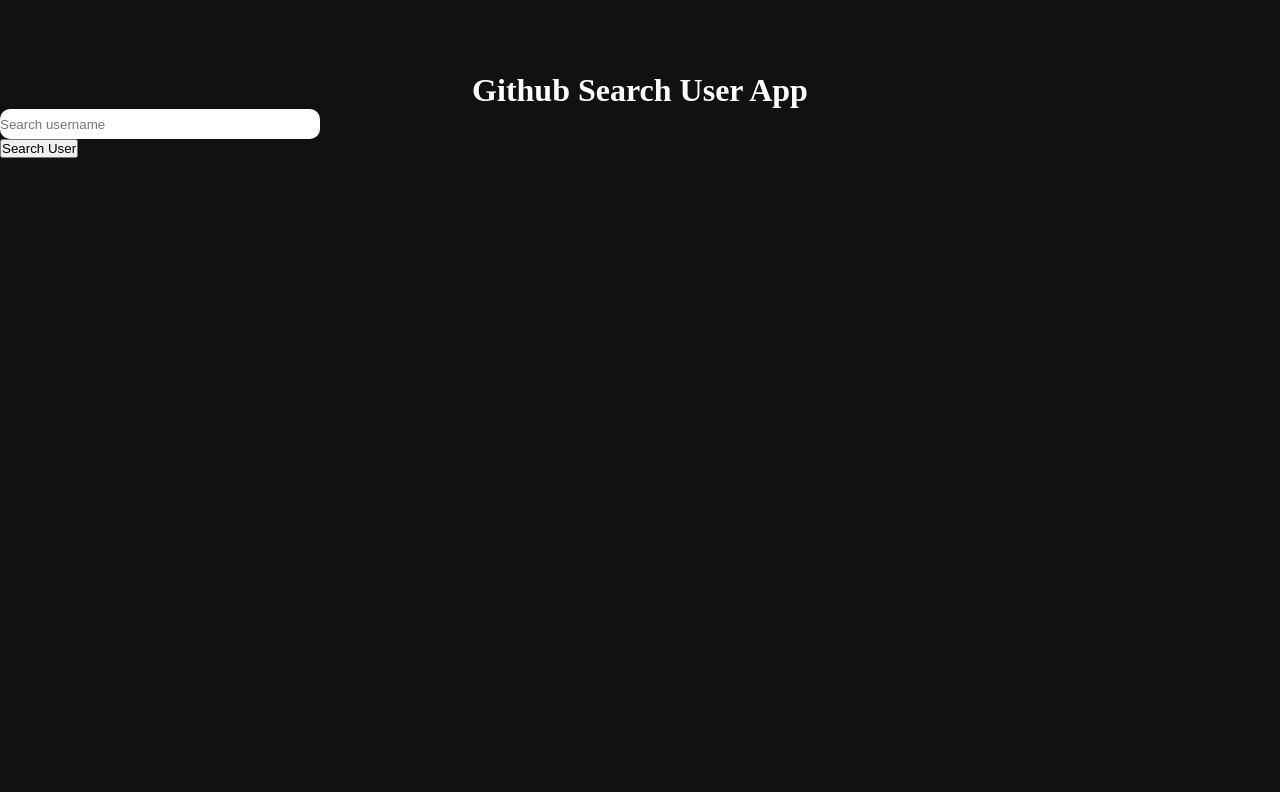
Repository: solox-cyber/Github-search-user
Page: index.html
An editor plug-in stored every save of this project. The page is shown before and after a run of saves, followed by the edit.
The browser window is 1280 px wide. The pictures show the whole page.

Above is the page before, as saved 2023-03-25 18:24:31.

### index.html
<!DOCTYPE html>
<html lang="en">

<head>
    <meta charset="UTF-8">
    <meta http-equiv="X-UA-Compatible" content="IE=edge">
    <meta name="viewport" content="width=device-width, initial-scale=1.0">
    <title>Github Search User Using Github API</title>
    <link rel="stylesheet" href="style.css">
</head>

<body>
    <div class="container">
        <h1>
            Github Search User App
        </h1>
        <form id="myForm" autocomplete="off">
            <div class="form-group">
                <input type="text" name="" class="form-control" placeholder="Search username" id="search" required>
            </div>
            <div class="form-group">
                <button class="btn btn-danger btn-block">
                    Search User
                </button>
            </div>
        </form>

    <div id="result"></div>
    </div>


        <script src="script.js"></script>
</body>

</html>

### style.css
*{
    margin: 0;
    padding: 0;
    box-sizing: border-box;
}

body{
    background-color: #111;
    color: #fff;
}
.container{
    position: absolute;
    display: block;
    height: 100vh;
    width: 100%;
    top:10%;
}

.container h1{
    position: relative;
    text-align: center;
}

.container form{
    position: relative;
    width: 50%;
    justify-content: center;
    align-content: center;
    align-items: center;
}
form .form-group input{
    width: 50%;
    height:30px;
    border-radius: 10px;
    border: none;
}
form .form-group input:focus{
  border:none
}

### script.js
var form = document.getElementById("myForm");

form.addEventListener('submit', function(e){
e.preventDefault();

var search = document.getElementById("search").value;

var originalName = search.split(' ').join(' ');

document.getElementById("result").innerHTML = "";
fetch("https://api.github.com/users/"+originalName)
.then(result=>result.json())
.then(data => {
    console.log(data);
    document.getElementById('result').innerHTML =`
   <a target="_blank" href="https://www.github.com/${originalName}"> <img src="${data.avatar_url}"/></a>
    `
})



})

After the next 3 saves:
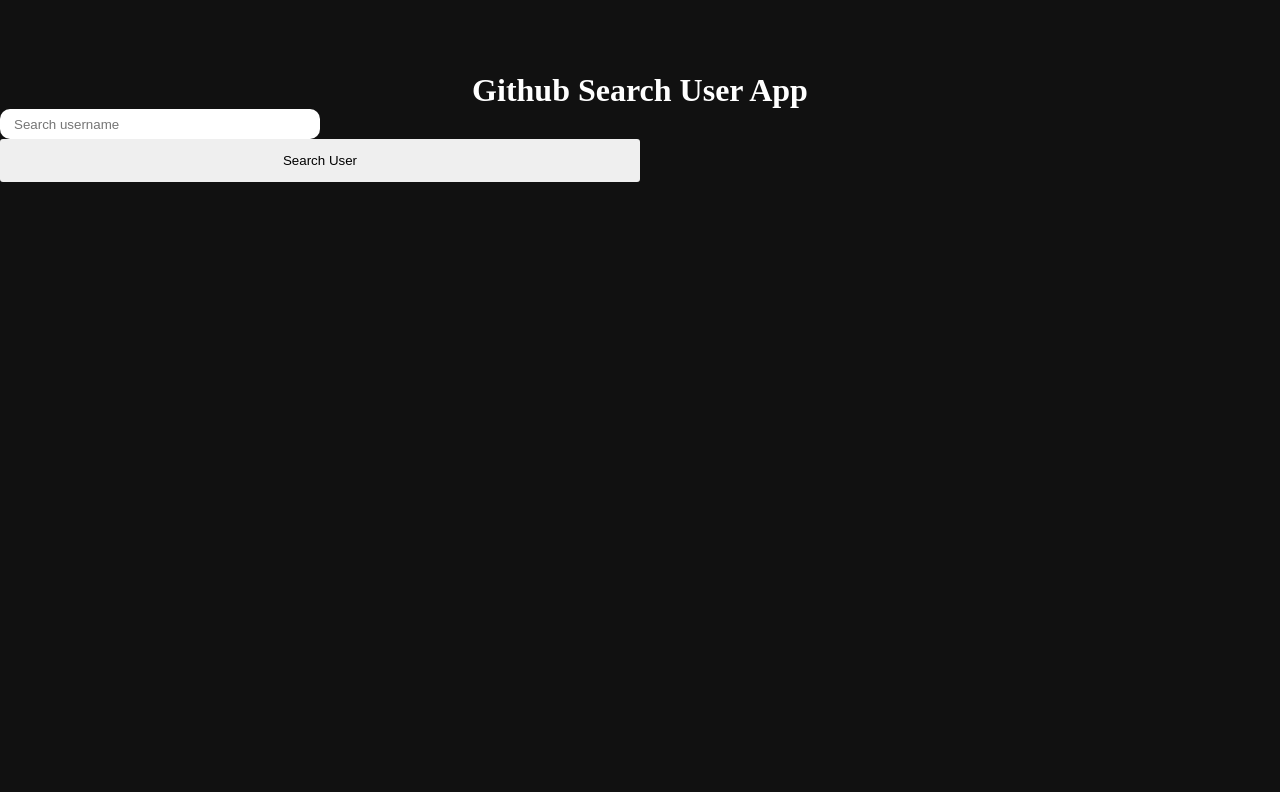
The 3 saves are shown as one change because they came seconds apart.
The last was saved 111 s later.
--- a/style.css
+++ b/style.css
@@ -28,6 +28,15 @@
     align-content: center;
     align-items: center;
 }
+
+input,
+    button {
+      width: 100%;
+      border: none;
+      padding: 14px;
+      border-radius: 3px;
+    }
+
 form .form-group input{
     width: 50%;
     height:30px;
